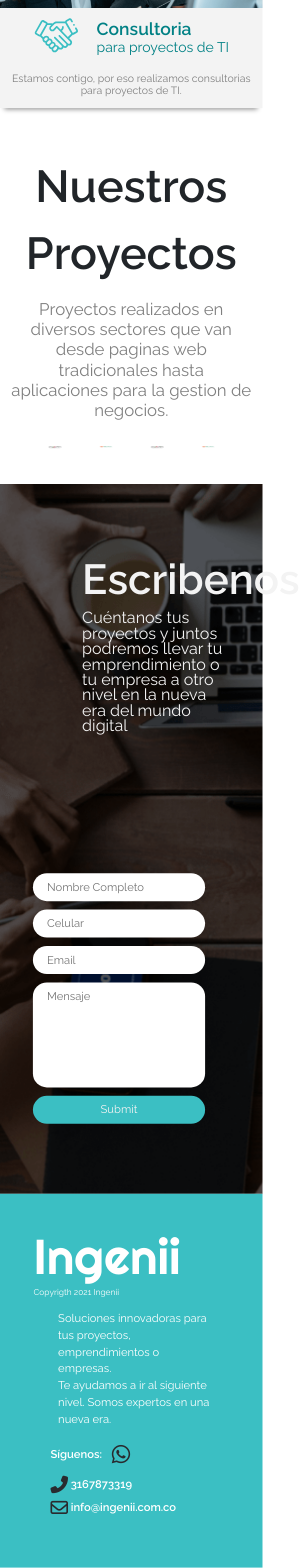
Repository: mariomr87/testwebpage
Page: index.html
An editor plug-in stored every save of this project. The page is shown before and after the next save, followed by the edit.
The browser window is 375 px wide. The page is 428 px wide, so the pictures cover 428 px, including what lies to the right of the window. The pictures show the part of the page from y = 3038 to 5278 px (the page is 5278 px tall), at 70% of full size.
Some web libraries are served in a nearby version.

Above is the page before, as saved 2021-10-19 21:57:57.

### index.html
<!DOCTYPE html>
<html>
<head>
	<meta charset="utf-8">
	<title>Ingenii - Nueva era</title>
	<link href="style.css" rel="stylesheet">
	<!-- CSS only -->
	<link href="https://cdn.jsdelivr.net/npm/bootstrap@5.0.2/dist/css/bootstrap.min.css" rel="stylesheet" integrity="sha384-EVSTQN3/azprG1Anm3QDgpJLIm9Nao0Yz1ztcQTwFspd3yD65VohhpuuCOmLASjC" crossorigin="anonymous">
	<link rel="preconnect" href="https://fonts.googleapis.com">
	<link rel="preconnect" href="https://fonts.gstatic.com" crossorigin>
	<link href="https://fonts.googleapis.com/css2?family=Raleway:ital,wght@0,200;0,400;0,600;1,900&display=swap" rel="stylesheet">
	<script src="https://kit.fontawesome.com/ffd6f804ac.js" crossorigin="anonymous"></script>

	<!--MENU BOOSTRAP JavaScript Bundle with Popper -->
	<script src="https://cdn.jsdelivr.net/npm/bootstrap@5.1.1/dist/js/bootstrap.bundle.min.js" integrity="sha384-/bQdsTh/da6pkI1MST/rWKFNjaCP5gBSY4sEBT38Q/9RBh9AH40zEOg7Hlq2THRZ" crossorigin="anonymous"></script>

	<!--Carrusel-->
	<link href="https://cdn.jsdelivr.net/npm/bootstrap@5.0.2/dist/css/bootstrap.min.css" rel="stylesheet" integrity="sha384-EVSTQN3/azprG1Anm3QDgpJLIm9Nao0Yz1ztcQTwFspd3yD65VohhpuuCOmLASjC" crossorigin="anonymous">
	<link rel="stylesheet" type="text/css" href="carousel.css">
	<script src="https://ajax.googleapis.com/ajax/libs/jquery/1.12.4/jquery.min.js" type="text/javascript" ></script>
	<script src="slick.js" type="text/javascript" charset="utf-8"></script>

	<!-- viewport mobile -->
	<meta name="viewport" content="width=device-width, initial-scale=1.0">


</head>
	<body>

		<!-- Menu -->
		<nav class="navbar navbar-expand-lg  sticky-top navbar-dark lineamenu ">
			<div class="container-fluid">
			  <a class="navbar-brand col-md-2 text-center navbar-expand-lg" href="#"><span class="menuimg-texto">Ingenii</span></a>
			  <button class="navbar-toggler" type="button" data-bs-toggle="collapse" data-bs-target="#navbarSupportedContent" aria-controls="navbarSupportedContent" aria-expanded="false" aria-label="Toggle navigation">
				<span class="navbar-toggler-icon "></span>
			  </button>
			  <div class="collapse navbar-collapse " id="navbarSupportedContent">
				<ul class="navbar-nav col-md-10">
				  <li class="nav-item">
					<a class="nav-link" aria-current="page" href="#">
						<span class="separar"><img src="./imagenes/menu/Icon-inicio.svg" class="d-inline-block align-text-top menuing-redes-logos"></span>
						<span class="menu-texto-opc">Inicio</span>
					</a>
				  </li>
				  <li class="nav-item">
					<a class="nav-link" href="#servicios4">
						<span class="separar"><img src="./imagenes/menu/Icon-Servicios.svg" class="d-inline-block align-text-top menuing-redes-logos"></span>
						<span class="menu-texto-opc">Servicios</span>
					</a>
				  </li>
				  <li class="nav-item">
					<a class="nav-link " href="#quienessomos" tabindex="-1" aria-disabled="true">
						<span class="separar"><img src="./imagenes/menu/Icon-Quienes somos.svg" class="d-inline-block align-text-top menuing-redes-logos"></span>
						<span class="menu-texto-opc">¿Quiénes somos?</span>
					</a>
				  </li>
				  <li class="nav-item">
					<a class="nav-link " href="#link-ntrabajo" tabindex="-1" aria-disabled="true">
						<span class="separar"><img src="./imagenes/menu/Icon- nuestro-trabajo.svg" class="d-inline-block align-text-top menuing-redes-logos"></span>
						<span class="menu-texto-opc">Nuestro Trabajo</span>
					</a>
				  </li>
				  <li class="nav-item">
					<a class="nav-link " href="#link-escribenos" tabindex="-1" aria-disabled="true">
						<span class="separar"><img src="./imagenes/menu/Icon - escribenos.svg" class="d-inline-block align-text-top menuing-redes-logos"></span>
						<span class="menu-texto-opc">Escribenos</span>
					</a>
				  </li>
				</ul>
				<div class="col-md-1 text-center">
					<!-- <span class="separar"><img class="menuing-redes-logos" src="./imagenes/menu/Facebook.svg" alt=""></span> -->
					<img class="menuing-redes-logos" src="./imagenes/menu/WhatsApp.svg" alt="">
				</div>
			  </div>
			</div>
		  </nav>

		<!-- Slider -->
		<div class="container-fluid slider text-centro text-center">
			<div class="row" id="servicios4">
				<div>
					<h3 class="logo title-slider">Ingenii</h3>
					<h3 class="blanco slider-text">Expertos en la nueva era</h3>
					<h3 id="app-web">Aplicaciones web_</h3><br>
					<img id="flecha-down" src="./imagenes/principal/flecha.svg">
				</div>
			</div>
		</div>
		<!-- Quienes somos y servicios -->
		<div class="container-fluid " >
			<!-- Iconos de servicios -->
			<div class="cuadros-servi row ">
				<div class="azul-claro-bg cuadro col ">
					<img src="./imagenes/principal/app.svg" class="icon-serv">
					<h5><span class="negrilla "><strong>Aplicaciones</strong> </span><br>web a la medida</h5>
				</div>
				<div class="azul-claro-bg cuadro col">
					<img src="./imagenes/principal/desarrollo.svg" class="icon-serv"><h5><span class="negrilla ">Desarrollo</span><br>de Páginas web</h5>
				</div>
				<div class="azul-claro-bg cuadro col">
					<img src="./imagenes/principal/tienda.svg" class="icon-serv">
					<h5><span class="negrilla ">E-commerce</span><br> tiendas en linea</h5>
				</div>
				<div class="azul-claro-bg cuadro col">
					<img src="./imagenes/principal/consultoria.svg" class="icon-serv"><h5><span class="negrilla ">Consultoría</span><br>para proyectos TI</h5>
				</div>
			</div>

			<!-- Texto quienes somos -->
			<div class="row just-somos" id="quienessomos">
				<div class="col-md-6 centrar-somos">
					<p class="line-blue"> </p>
					<h1 class="text-quienes" >Quiénes</h1><h2 class="text-somos">Somos</h2>
				</div>
				<div class="col-md-6">
					<p class="texto-qs"><span class="negrilla">Ingenii</span> es un emprendimiento que nace para ayudar a miles emprendedores a <span class="negrilla">migrar al mundo digital,</span> en un momento en el cual el
					comercio electrónico ha tomado una importancia estratégica para que muchas ideas de negocios tengan éxito, además de asesorar a
					nuestros clientes para que lleven su emprendimiento o empresa al siguiente nivel.
					<br><br>Hacemos nuestro trabajo con seriedad, honestidad y profesionalismo, estamos 100% comprometidos con nuestros clientes.</p>
				</div>
			</div>
		</div>
		<!-- Servicios -->
		<div class="container-fluid">
			<div class="row row-cols-2 servi-col">
				<!--Aplicaciones -->
				<div class="col azul-claro-bg sombra one">
					<img class="servicios-img" src="imagenes/servicios/Aplicaciones.png">
				</div>
				<div class="col azul-claro-bg text-app sombra two">
						<div class="centra-app">
							<div class="interlineas">
								<img src="./imagenes/servicios/web-a-medida.svg" class="icon-serv">
								<span class="text-app-p"><span class="text-app-icon">Aplicaciones</span><p class="text-app-icon2">Web a la medida</p></span>
							</div>
							<div class="interlineas">
								<p class="text-app-des">Desarrollamos aplicaciones web que se ajusten a las necesidades de tu emprendimiento, empresa o proyecto.</p>
							</div>
						</div>
				</div>
				<!--Desarrollo -->
				<div class="col blanco-bg sombra three">
					<div class="text-app ">
						<div class="centra-app">
							<div class="interlineas">
								<img src="./imagenes/servicios/desarrollo-web.svg" class="icon-serv">
								<span class="azul text-app-p"><span class="text-app-icon">Desarrollo</span><p class="text-app-icon2">de paginas web</p></span>
							</div>
							<div class="interlineas" >
								<p class="gris2 text-app-des">Desarrollamos paginas web innovadoras, basadas en tendencias del mercado.</p>
							</div>
						</div>
					</div>
				</div>
				<div class="col blanco-bg sombra four">
					<img class="servicios-img" src="imagenes/servicios/desarrolloweb.png">
				</div>
				<!--E-commerce-->
				<div class="col azul-bg sombra five">
					<img class="servicios-img" src="imagenes/servicios/ecommerce.png">
				</div>
				<div class="col azul-bg sombra six">
					<div class="text-app">
						<div class="centra-app">
							<div class="interlineas">
								<img src="./imagenes/servicios/ecommerce.svg" class="icon-serv">
								<span class="text-app-p"><span class="text-app-icon">E-commerce</span><p class="text-app-icon2">tiendas en linea</p> </span>
							</div>
							<div class="interlineas">
								<p class="text-app-des">Te ayudamos a entrar con tu negocio en el mundo digital, con las mejores opciones que se adapten a tener una buena rentabilidad.</p>
							</div>
						</div>
					</div>
				</div>
				<!--Consultoria -->
				<div class="col blanco-bg sombra seven">
					<div class="azul text-app">
					<div class="centra-app">
							<div class="interlineas">
								<img src="./imagenes/servicios/consultoria-TI.svg" class="icon-serv">
								<span class="text-app-p"><span class="text-app-icon">Consultoria</span> <p class="text-app-icon2"> para proyectos de TI</p></span>
							</div>
							<div class="interlineas">
								<p class="gris2 text-app-des">Estamos contigo, por eso realizamos consultorias para proyectos de TI.</p>
							</div>
					</div>
					</div>
				</div>
    			<div class="col blanco-bg sombra eight">
					<img class="servicios-img" src="imagenes/servicios/consultoria.png">
				</div>
			</div>
		</div>


		<!-- Nuestros Proyectos -->
		<div class="container-fluid" id="link-ntrabajo">
			<div class="row">
				<div class="col-md-12 text-center">
					<p class="proyectos">Nuestros Proyectos</p>
					<p class="proyectos-txt">Proyectos realizados en diversos sectores que van desde paginas web tradicionales hasta aplicaciones para la gestion de negocios.</p>
				</div>
				<div class="col-md-12 container">
					<section class="customer-logos slider2">
						<div class="slide"><img src="images/image3.png"></div>
						<div class="slide"><img src="images/image4.png"></div>
						<div class="slide"><img src="images/image3.png"></div>
						<div class="slide"><img src="images/image4.png"></div>
					</section>
				</div>
			</div>
		</div>

		<!-- Contacto -->
		<div class="container-fluid contacto-container" id="link-escribenos">
			<div class="row">
				<div class="col-md-6">
					<div class="contacto-column-1">
						<p class="line-blue"> </p>
						<h2 class="contacto-title blanco">Escribenos</h2>
						<p class="contacto-desc blanco">Cuéntanos tus proyectos y juntos podremos llevar tu emprendimiento o tu empresa a otro nivel en la nueva era del mundo digital</p>
					</div>
					</div>
				<div class="col-md-6">
					<form class="contacto-form">
						<input type="text" class="contacto-input" placeholder="Nombre Completo" name="nombre">
						<input type="text" class="contacto-input" placeholder="Celular" name="celular">
						<input type="email" class="contacto-input" placeholder="Email" name="email">
						<textarea name="mensaje" class="contacto-textarea" placeholder="Mensaje"></textarea>
						<input type="submit" class="contacto-input azul-claro-bg" name="Enviar">
					</form>
				</div>
			</div>
		</div>
		<!-- Footer -->
		<div class="container-fluid azul-claro-bg p-5 footer-ingenii">
			<div class="row pb-4">
				<div class="col-md-4">
					<div class="footer-container">
						<h2 class="logo title-footer">Ingenii</h2>
						<p class="subtitle-footer">Copyrigth 2021 Ingenii</p>
					</div>
				</div>
				<div class="col-md-8">
					<div class="social-container">
						<p class="texto-footer">Soluciones innovadoras para tus proyectos, emprendimientos o empresas.<br>Te ayudamos a ir al siguiente nivel. Somos expertos en una nueva era.</p>
						<div class="container">
							<div class="row">
								<div class="col-md-4">
									<span class="social-icon-text" style="vertical-align: middle;">Síguenos:
									</span>
									<!-- <a href="www.facebook.com" class="link-icon-footer gris">
										<i class="fab fa-facebook"></i>
									</a> -->
									<a href="https://api.whatsapp.com/send?phone=573167873319&text=Bienvenidos%20a%20Ingenii%20una%20Nueva%20Era.%20En%20que%20podemos%20ayudar?" class="link-icon-footer gris">
										<i class="fab fa-whatsapp"></i>
									</a>
								</div>
								<div class="col-md-4 mt-2">
									<i style="vertical-align: middle;" class="fas fa-phone-alt gris icon-footer"></i><span class="social-icon-text"> 3167873319</span>
								</div>
								<div class="col-md-4 mt-2">
									<i style="vertical-align: middle;" class="far fa-envelope gris icon-footer"></i><span class="social-icon-text"> info@ingenii.com.co</span>
								</div>
							</div>
						</div>
					</div>
				</div>
			</div>
		</div>

		<script type="text/javascript">
			$(document).ready(function(){
				$('.customer-logos').slick({
					slidesToShow: 2,
					slidesToScroll: 1,
					autoplay: true,
					autoplaySpeed: 500,
					arrows: false,
					dots: false,
						pauseOnHover: false,
						responsive: [{
						breakpoint: 500,
						settings: {
							slidesToShow: 4
						}
					}, {
						breakpoint: 520,
						settings: {
							slidesToShow: 3
						}
					}]
				});
			});
		</script>

	</body>
</html>

### style.css
/*
autor: Estiven Oviedo Gonzalez;
fecha: 2021-07-18;
*/

@font-face {
    font-family: 'Righteous';
    src: url('font/Righteous-Regular.ttf');
}


body{
	font-family: 'Raleway', sans-serif !important;
}

.lineamenu{
	border-bottom-width: 1px;
	border-bottom-style: solid;
	/* border-bottom-color: #c5c3c3 ; */
	background-color: #292b2f;
}

.menuimg-texto{
	font-weight: 900;
	font-size: 3em;
	font-family: 'Righteous', cursive;
	color: #fff;
}

.separar{
	padding-right: 10px;
}

.menu-texto-opc{
	font-size: 1.2em;
	color: white;

}
.menuing-redes-logos{
	width: 1.5em;
}

.navbar-nav{
	justify-content: center;

}

.nav-item{
	padding: 24px 10px;
}

.nav-item:hover{
	box-shadow: inset 0px -7px #3bbfc3;
}

.logo{
	font-family: 'Righteous', cursive;
	color: #fff;
}

.azul{
	color: #018185;
}

.gris{
	color: #292b2f;
}

.verde{
	color: #40af93;
}

.azul-claro{
	color: #3bbfc3;
}

.blanco{
	color: #f3f3f3;
}

.azul-bg{
	background-color: #018185;
	color: #fff;
}

.gris-bg{
	background-color: #292b2f;
}

.verde-bg{
	background-color: #40af93;
}

.azul-claro-bg{
	background-color: #3bbfc3;
	color: #f3f3f3;
}

.blanco-bg{
	background-color: #f3f3f3;
}


.sombra{
	box-shadow: 0px 7px 7px -6px gray;
}

/* servicios */
.servicios-img{
	width: 100%;
}

.title-footer{
	font-size: 70px;
	margin: 0;
}

.subtitle-footer{
	color: #fff;
	font-size: 12px;
}

.footer-container{
	margin-left: 35%;
	border-right: 1px solid #fff;
}

.social-container{
	color: #fff;
}

.link-icon-footer{
	font-size: 30px;
	padding: 0px 10px;
	vertical-align: middle;
}

.icon-footer{
	font-size: 25px;
}

.social-icon-text{
	font-weight: 600;
}

.contacto-container{
	background-image: url('imagenes/formulario/fondo-formulario.png');
	background-size: cover;
}

.contacto-form{
	margin: 100px 20% 100px 10%;
}

.contacto-input{
	display: block;
    padding: 8px 20px;
    border-radius: 40px;
    border: none;
    margin-bottom: 12px;
    width: 100%;
}

.contacto-textarea{
	display: block;
    padding: 8px 20px;
    border-radius: 20px;
    border: none;
    margin-bottom: 12px;
    resize: none;
    width: 100%;
    height: 150px;
}

.contacto-column-1{
	margin: 100px 10% 100px 30%;
}

.contacto-title{
	font-size: 65px;
	font-weight: 900;
}

.contacto-desc{
	text-align:left;
	font-size: 23px;
	line-height: 22px;
}

.slider{
	background-image: url('imagenes/principal/banner.png');
	background-size: cover;
}

.title-slider{
	font-size: 110px;
	margin: 0;
}

.slider-text{
	font-size: 40px ;
	font-weight: bold;
}

#app-web{
	display: inline;
	background-color: #f6f6f6;
	color: #018185;
	padding: 0px 20px;
}

.text-quienes{
	font-weight:bold;
	font-size:100px;
}

.text-somos{
	font-size:80px;
	line-height: 10px;
}

.line-blue{
	background-color: #018185;
	height: 8px;
	width: 80px;
}

.texto-qs{
	text-align: justify;
	font-size: 18px;
	color: gray;

}

.negrilla{
	font-weight: bold;
}

.cuadro span {
	font-size: 1.5em;
}

.just-somos{
	padding-left: 100px;
	padding-right: 100px;
	padding-top: 0;
	padding-bottom: 50px;
	line-height: initial;
}

.centrar-somos{
	align-content: center;
	justify-content: center;
	display: grid;
}


.text-app{
	position: relative;
	padding-top: 2%;

}

.centra-app{
	margin: 5% 20% 0 15%;
	text-align: justify;
}

.text-app-p{
	padding-left: 25px;

}

.text-app-icon{
	font-size: 35px;
	font-weight: 900;

}

.text-app-icon2{
	font-size: 27px;
}

.text-app-des{
	font-size: 20px;
	color: white;
}

.gris2{
	color: gray ;
}

.cuadro{
	margin: auto 1%;
	padding: 33px;
	box-shadow: -1px 5px 6px #889788;
}

.cuadros-servi{
	text-align: center;
	padding: 0% 8%;
	position: relative;
    bottom: 60px;

}
.interlineas{
	line-height:normal;
	display: flex;
	justify-content: flex-start;
    align-items: center;
	letter-spacing: normal;
}

.icon-serv{
	width: 86px;
	margin-bottom: 20px;
}

.cuadro img{
	padding-bottom: 15px;
}

.text-centro{
	padding: 8% 0%;

}

#flecha-down{
	padding-top: 2%;
	width: 3%;
}

.flotante{
	position: relative;
}

.servi-col div{
	padding-left: 0;
	padding-right: 0;
}

.proyectos{
	font-weight: 900;
	font-size: 4em;
	padding-top: 1em;
}

.proyectos-txt{
	color: gray;
	font-size: 1.5em;
	padding: 0 290px;
	line-height: normal;
}

.texto-footer{
	padding: 0px 22px;
}

@media screen and (max-width:1050px) {
	.texto-footer{
		padding: 0px 20px 0px 35px;
	}
}

@media screen and (max-width:1100px) {
	.cuadros-servi h5{
		font-size: 1rem;
	}

	.text-quienes{
		font-size: 80px;
	}

	.text-app-des{
		font-size: 15px;
	}

	.text-app-icon2 {
		font-size: 20px;
	}

	.text-app-icon {
		font-size: 25px;
	}

	.icon-serv {
		width: 65px;

	}

	.centra-app {
		margin: 5% 9% 0 15%;
	}

	.contacto-title{
		font-size: 60px;
	}

	.proyectos-txt{
		padding: 0 12px;
	}

	.footer-container{
		border: none;
	}
}

@media screen and (max-width:840px) {
	.cuadros-servi{
		position: initial;
		padding-top: 10px;
		flex-direction: column;
	}

	.cuadro{
		margin-bottom: 15px;
	}

	.just-somos{
		flex-direction:column;
		padding: 0;
	}

	.just-somos .col-md-6{
		width: 100%;
	}

	.line-blue{
		display: none;
	}

	.centrar-somos{
		padding-bottom: 35px;
	}

	.servi-col{
		flex-direction: column;
	}

	.proyectos-txt{
		padding: 0;
	}

	.servi-col div{
		width: 100%;
	}

	.centra-app{
		margin: 0;
	}

	.interlineas{
		justify-content: center;
	}

	.text-app-des{
		text-align: center;
	}

	.one{
		order: 0;
	}

	.two{
		order: 1;
	}


	.three{
		order: 3;
	}

	.four{
		order: 2;
	}

	.five{
		order: 4;
	}

	.six{
		order: 5;
	}

	.seven{
		order:7;
	}

	.eight{
		order: 6;
	}

	.footer-container{
		margin-left: auto;
	}

}

@media screen and (max-width:450px) {
	.just-somos{
		padding: 0;

	}

	.proyectos-txt{
		padding: 0;
	}

	.servi-col div{
		width: 100%;
	}

	.centra-app{
		margin: 0;
	}

	.one{
		order: 0;
	}

	.two{
		order: 1;
	}

	.three{
		order: 3;
	}

	.four{
		order: 2;
	}

	.five{
		order: 4;
	}

	.six{
		order: 5;
	}

	.seven{
		order:7;
	}

	.eight{
		order: 6;
	}

}

### carousel.css
/* Slider */
.slick-slide {
    margin: 0px 20px;
}

.slick-slide img {
    width: 100%;
}

.slick-slider
{
    position: relative;
    display: block;
    box-sizing: border-box;
    -webkit-user-select: none;
    -moz-user-select: none;
    -ms-user-select: none;
            user-select: none;
    -webkit-touch-callout: none;
    -khtml-user-select: none;
    -ms-touch-action: pan-y;
        touch-action: pan-y;
    -webkit-tap-highlight-color: transparent;
}

.slick-list
{
    position: relative;
    display: block;
    overflow: hidden;
    margin: 0;
    padding: 0;
}
.slick-list:focus
{
    outline: none;
}
.slick-list.dragging
{
    cursor: pointer;
    cursor: hand;
}

.slick-slider .slick-track,
.slick-slider .slick-list
{
    -webkit-transform: translate3d(0, 0, 0);
       -moz-transform: translate3d(0, 0, 0);
        -ms-transform: translate3d(0, 0, 0);
         -o-transform: translate3d(0, 0, 0);
            transform: translate3d(0, 0, 0);
}

.slick-track
{
    position: relative;
    top: 0;
    left: 0;
    display: block;
}
.slick-track:before,
.slick-track:after
{
    display: table;
    content: '';
}
.slick-track:after
{
    clear: both;
}
.slick-loading .slick-track
{
    visibility: hidden;
}

.slick-slide
{
    display: none;
    float: left;
    height: 100%;
    min-height: 1px;
}
[dir='rtl'] .slick-slide
{
    float: right;
}
.slick-slide img
{
    display: block;
}
.slick-slide.slick-loading img
{
    display: none;
}
.slick-slide.dragging img
{
    pointer-events: none;
}
.slick-initialized .slick-slide
{
    display: block;
}
.slick-loading .slick-slide
{
    visibility: hidden;
}
.slick-vertical .slick-slide
{
    display: block;
    height: auto;
    border: 1px solid transparent;
}
.slick-arrow.slick-hidden {
    display: none;
}

.slider2 {
    padding: 20px 30px 50px 30px;
}

.slider2 div img{
    width: 50%;
    /* background-color: gray; */
    border-inline: 1px;
    display: block;
    margin: auto;

}

/* .slide{
 border-style: solid;
 color: red;

} */

Loaded but not shown: slick.js (library)

After the next save:
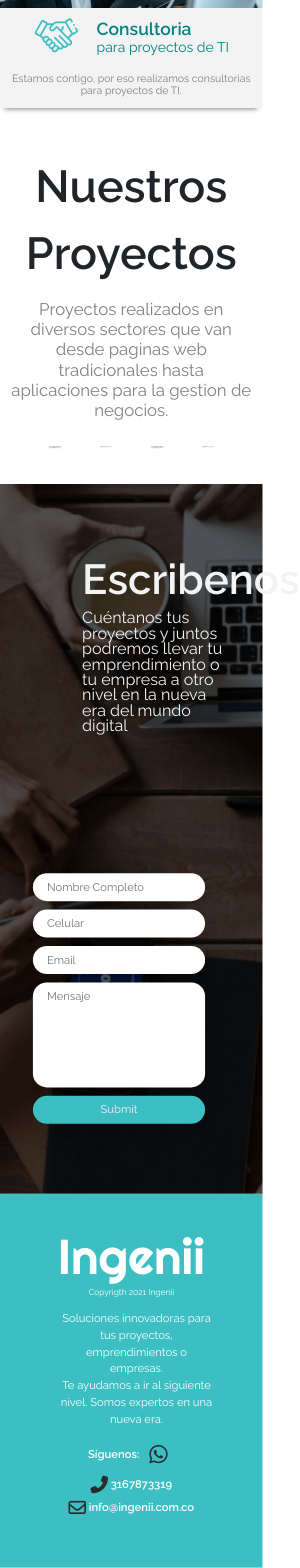
Saved 44 s later.
--- a/style.css
+++ b/style.css
@@ -514,6 +514,11 @@ body{
 		margin: 0;
 	}
 
+	.footer-ingenii{
+		text-align: center;
+	}
+
+
 	.one{
 		order: 0;
 	}
